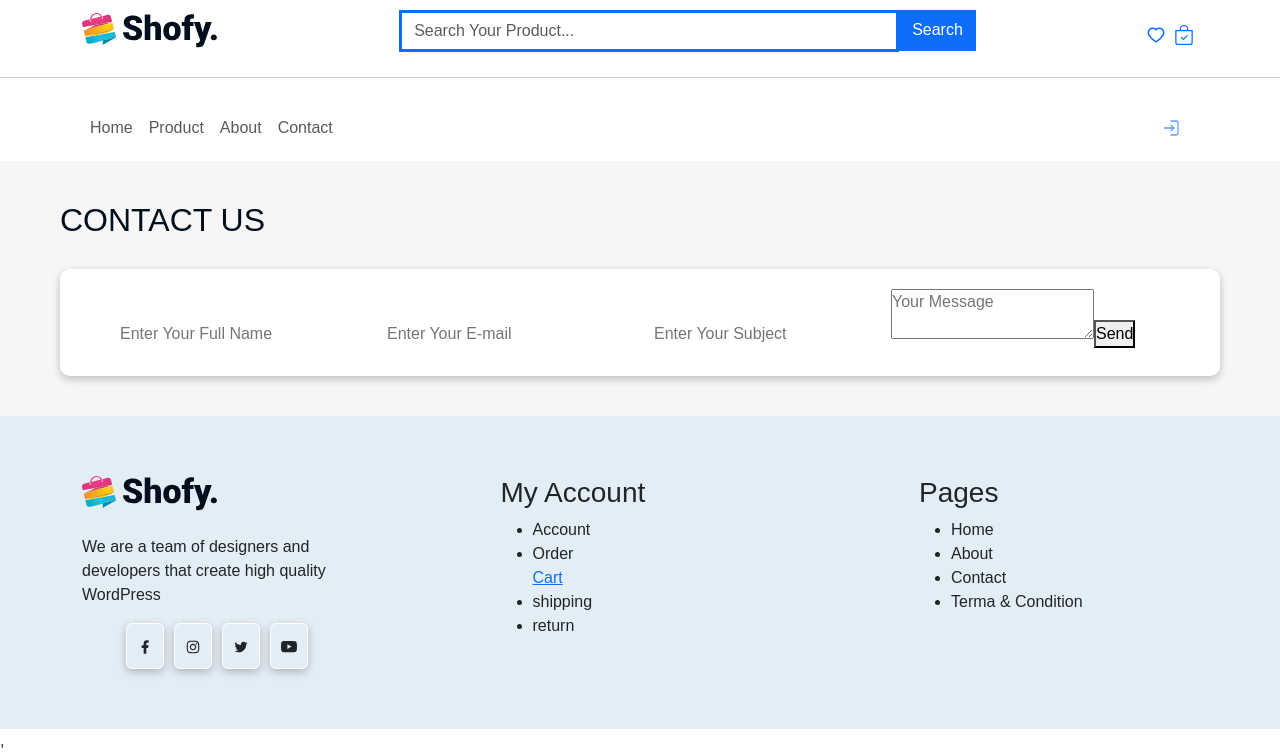
Repository: YomnaWegdan/E-commerce
Page: /contact
These files come from the project's save history. The page is drawn as it stood at one moment and after a run of saves; the edit follows.
The browser window is 1280 px wide. The pictures show the whole page.
The project was rebuilt for these pictures with package versions that can differ from the ones it lists, and the page was loaded fresh each time. Also part of the build but not shown: src/App.css, src/Pages/Home.css, src/Components/HomeProduct.js, src/Pages/Home.js, src/Pages/Product.js, src/Components/Cart/Cart.css, src/Components/Cart/Cart.js.

Above is the page before, as saved 2023-08-09 00:48:48.

After the next 2 saves:
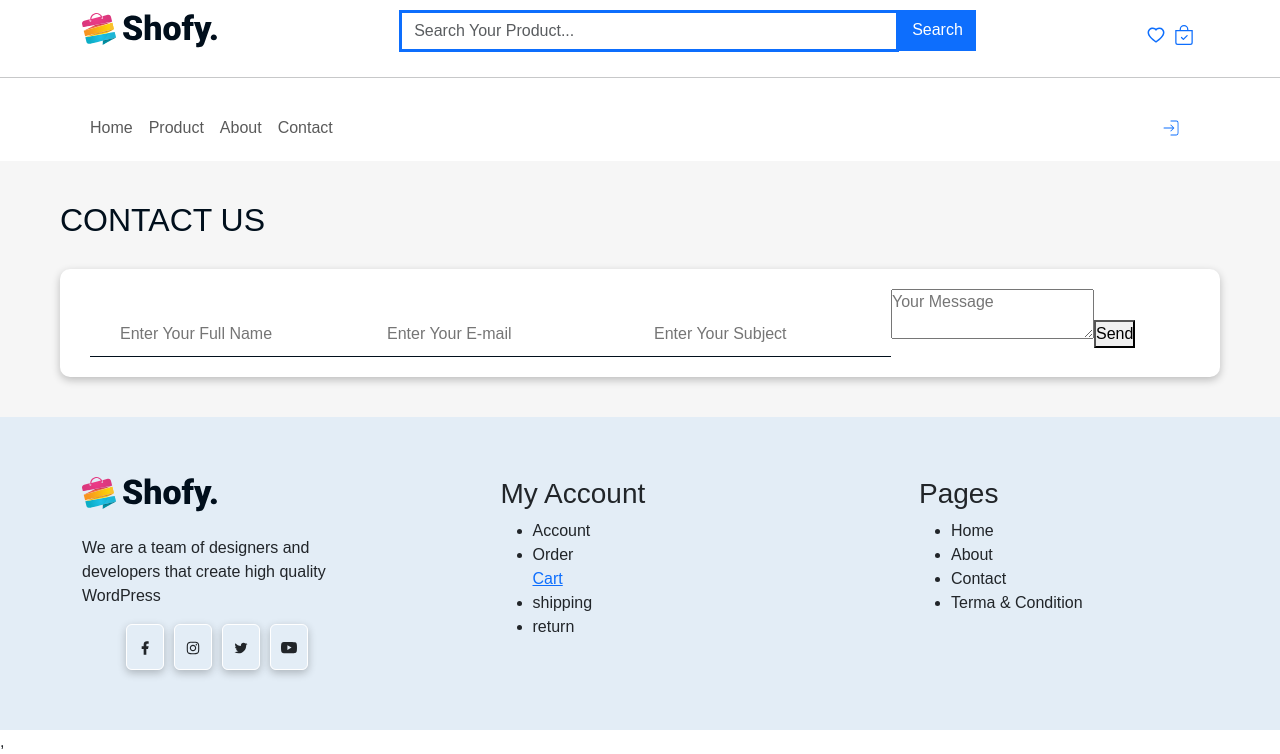
The 2 saves are shown as one change because they came seconds apart.
The last was saved 7 s later.
--- a/src/Pages/Contact.css
+++ b/src/Pages/Contact.css
@@ -25,6 +25,6 @@
     border: none;
     outline: none;
     background: none;
-    border-bottom: ;
+    border-bottom: 1px solid #010f1c;
 
 }
